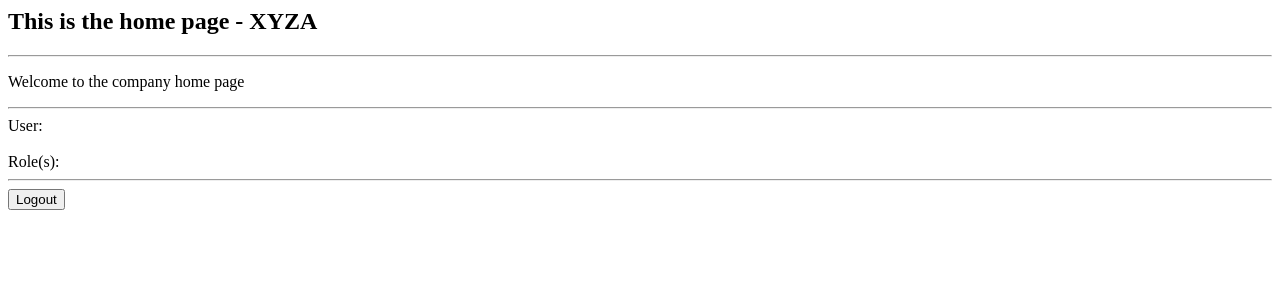
Repository: palash-07/Spring-and-Hibernate-includes-Spring-Boot-
Page: http://localhost/spring-security-demo-07-user-roles/WEB-INF/view/home.jsp
These files come from the project's save history. The page is drawn as it stood at one moment and after the next save; the edit follows.
The browser window is 1280 px wide. The pictures show the whole page.
The page is served by Tomcat 9. Nobody is signed in. Other server files are loaded and not shown. The template is opened directly, without the code that normally fills it, so the values that code supplies are empty.

Above is the page before, as saved 2022-07-02 07:01:55.

### spring-security-demo-07-user-roles/src/main/webapp/WEB-INF/view/home.jsp
<%@ taglib prefix="form" uri="http://www.springframework.org/tags/form"%>
<%@ taglib prefix="security"
	uri="http://www.springframework.org/security/tags"%>


<html>

<head>
<title>Palash's Company page</title>
</head>

<body>
	<h2>This is the home page - XYZA</h2>
	<hr>
	<p>Welcome to the company home page</p>

	<hr>

	<!-- Display username and role -->
	User:
	<security:authentication property="principal.username" />
	<br>
	<br> Role(s):
	<security:authentication property="principal.authorities" />

	<hr>

	<!-- Add a logout button -->
	<form:form action="${pageContext.request.contextPath}/logout"
		method="POST">

		<input type="submit" value="Logout" />

	</form:form>


</body>

</html>

After the next save:
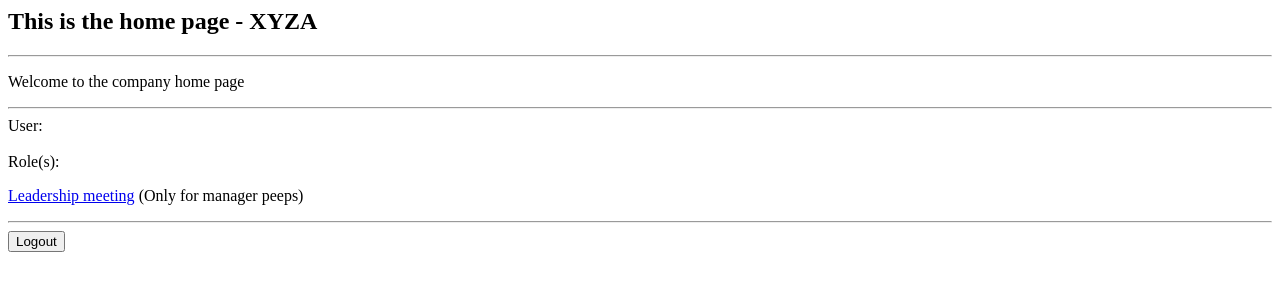
Saved 9 min 13 s later.
--- a/spring-security-demo-07-user-roles/src/main/webapp/WEB-INF/view/home.jsp
+++ b/spring-security-demo-07-user-roles/src/main/webapp/WEB-INF/view/home.jsp
@@ -23,6 +23,12 @@
 	<br> Role(s):
 	<security:authentication property="principal.authorities" />
 
+	<!-- Add a link to point to /leaders.. this is for the managers-->
+	<p>
+		<a href="${pageContext.request.contextPath}/leaders">Leadership meeting</a>
+		(Only for manager peeps)
+	</p>
+
 	<hr>
 
 	<!-- Add a logout button -->
